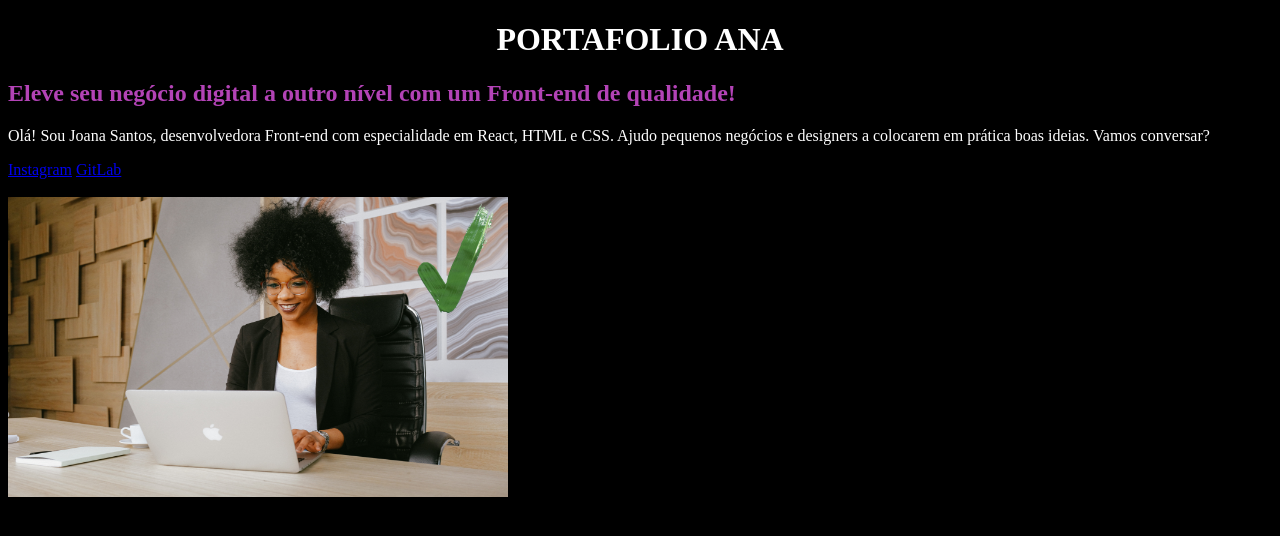
Repository: AnaFzCz/PROYECTOS-HTML---CSS2
Page: Portafolio/index.html
The author's editor kept a copy of each file at every save. The page is drawn from the files as they stood at one save, then again after the next save.
The browser window is 1280 px wide. The pictures show the whole page.

Above is the page before, as saved 2025-01-22 06:31:52.

### Portafolio/index.html
<!DOCTYPE html>
<html lang="en">
<head>
    <meta charset="UTF-8">
    <meta http-equiv="X-UA-Compatible" content="IE=edge">
    <meta name="viewport" content="width=device-width, initial-scale=1.0">
    <title>Portafolio</title>
    <link rel="stylesheet" href="style.css">
</head>
<body>
    <header>

    </header>
    <main>
        <h1 style="text-align: center;">PORTAFOLIO ANA</h1>
        <h2 style="color:#B343B6">Eleve seu negócio digital a outro nível <strong>com um Front-end de qualidade!</strong></h2>
        <p>Olá! Sou Joana Santos, desenvolvedora Front-end com especialidade em React, HTML e CSS. Ajudo pequenos negócios e designers a colocarem em prática boas ideias. Vamos conversar?</p>

        <div >
        <a href="https://instagram.com">Instagram</a>
        <a href="https://github.com/AnaFzCz">GitLab</a>
        <br>
        <br>
        <img src="home-office.jpg" alt="homeoffice" style="width:500px;height: 300px;">
        </div>
    </main>
    <footer></footer>
</body>
</html>

### Portafolio/style.css
body{
   background-color: black;
   color:white;

}

After the next save:
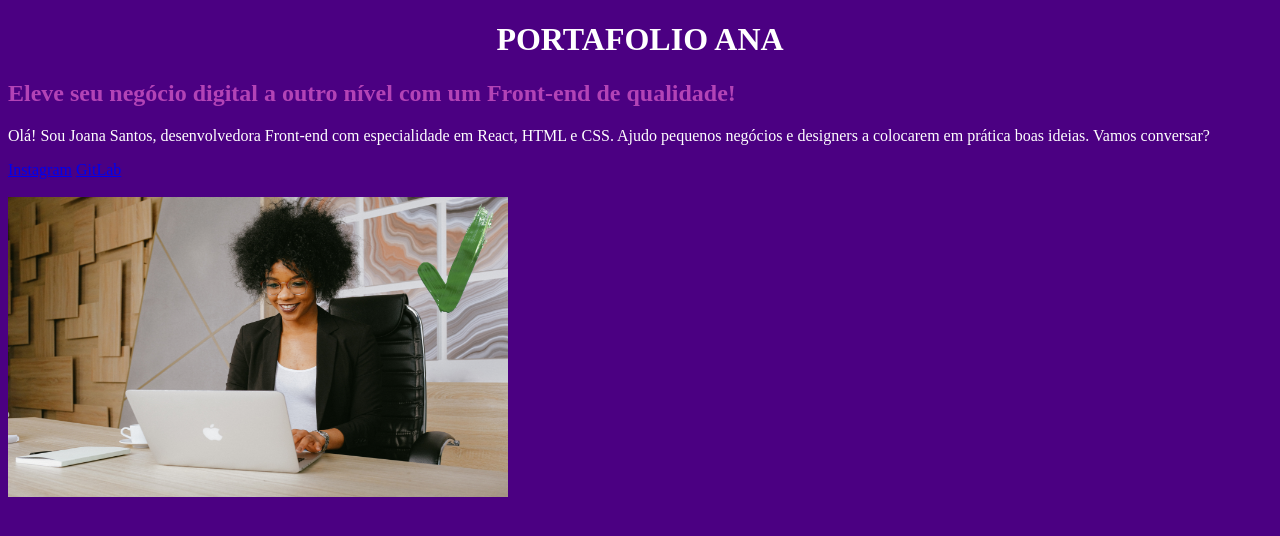
Saved 5 min 28 s later.
--- a/Portafolio/style.css
+++ b/Portafolio/style.css
@@ -1,5 +1,5 @@
 body{
-   background-color: black;
+   background-color: indigo;
    color:white;
 
 }
